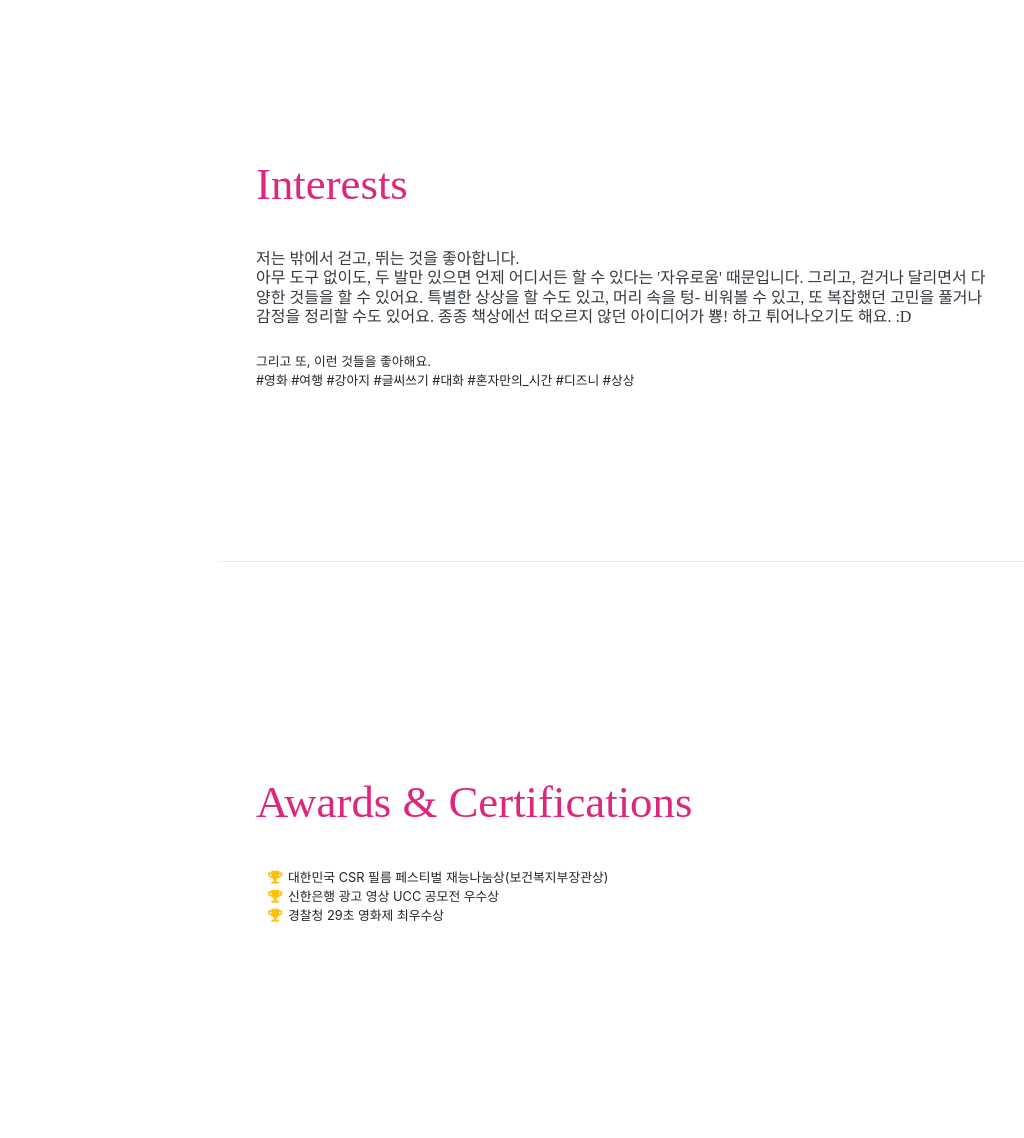
Repository: hyunah-aha/hyunah-aha
Page: Resume/index.html
The author's editor kept a record of every edit. The page is drawn from the files as they stood at one moment, then again after the next edit.
The browser window is 1280 px wide. The pictures show the part of the page from y = 3449 to 4871 px (the page is 4871 px tall), at 80% of full size.
A picture or video elsewhere on the page could not be fetched, so the positions and the page height are approximate. Some web fonts or font styles are not loaded; a fallback is used.

Above is the page before.

After the next edit:
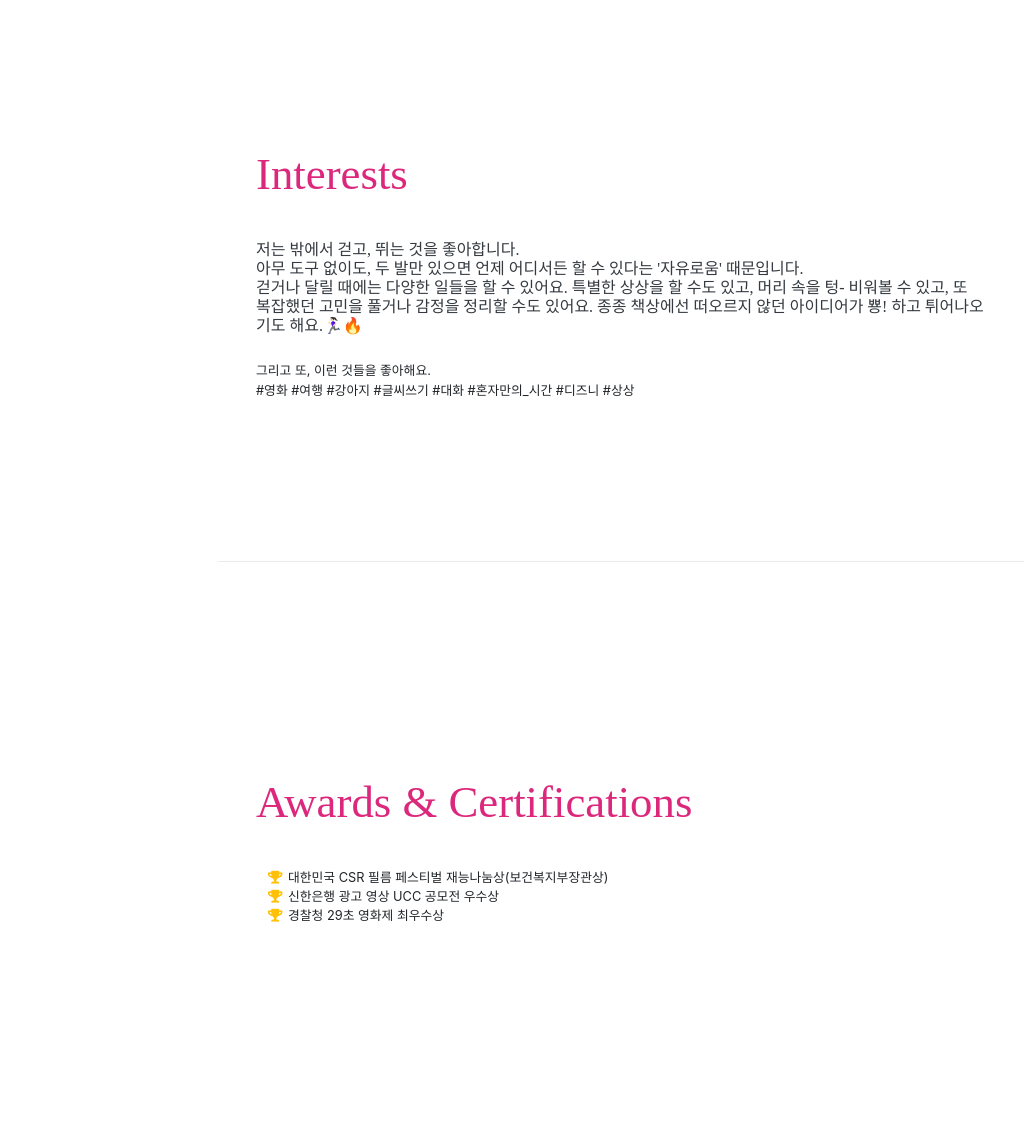
The edit:
--- a/Resume/index.html
+++ b/Resume/index.html
@@ -244,7 +244,7 @@
     <section class="resume-section p-3 p-lg-5 d-flex align-items-center" id="interests">
       <div class="w-100">
         <h2 class="mb-5">Interests</h2>
-        <h5>저는 밖에서 걷고, 뛰는 것을 좋아합니다. <br>아무 도구 없이도, 두 발만 있으면 언제 어디서든 할 수 있다는 '자유로움' 때문입니다. 그리고, 걷거나 달리면서 다양한 것들을 할 수 있어요. 특별한 상상을 할 수도 있고, 머리 속을 텅- 비워볼 수 있고, 또 복잡했던 고민을 풀거나 감정을 정리할 수도 있어요. 종종 책상에선 떠오르지 않던 아이디어가 뿅! 하고 튀어나오기도 해요. :D</h5><br>
+        <h5>저는 밖에서 걷고, 뛰는 것을 좋아합니다. <br>아무 도구 없이도, 두 발만 있으면 언제 어디서든 할 수 있다는 '자유로움' 때문입니다.<br>걷거나 달릴 때에는 다양한 일들을 할 수 있어요. 특별한 상상을 할 수도 있고, 머리 속을 텅- 비워볼 수 있고, 또 복잡했던 고민을 풀거나 감정을 정리할 수도 있어요. 종종 책상에선 떠오르지 않던 아이디어가 뿅! 하고 튀어나오기도 해요.🏃🏻‍♀️🔥</h5><br>
         <p class="mb-0">그리고 또, 이런 것들을 좋아해요.<br>
         #영화 #여행 #강아지 #글씨쓰기 #대화 #혼자만의_시간 #디즈니 #상상</p>
       </div>
